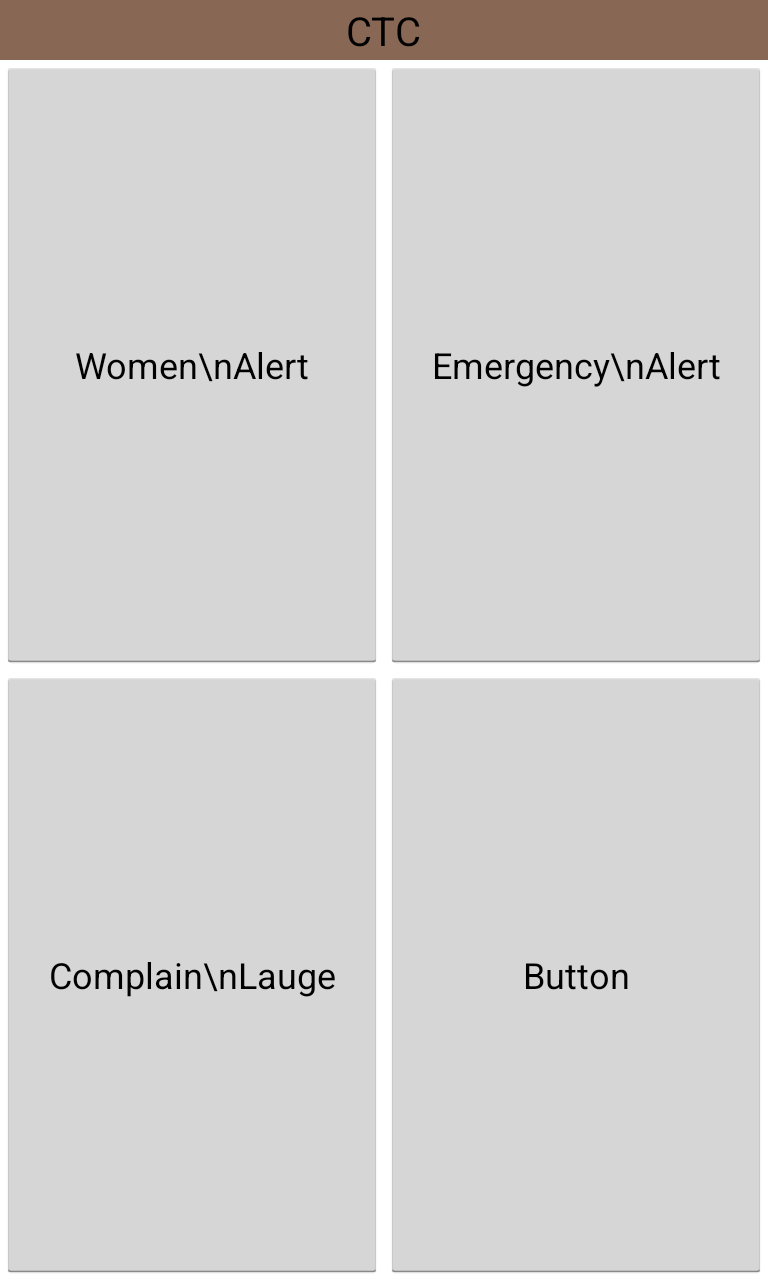
Repository: nilasissen/CTC
Layout: dev/CTC/res/layout/activity_helpdesk.xml
The author's editor kept a copy of each file at every save. The layout is drawn from the files as they stood at one save, then again after the next save.
It is drawn on a 768 x 1280 px phone screen (xhdpi) without system bars, with theme AppTheme; the app's code is not run.

Above is the layout before, as saved 2015-02-08 14:37:41.

After the next save:
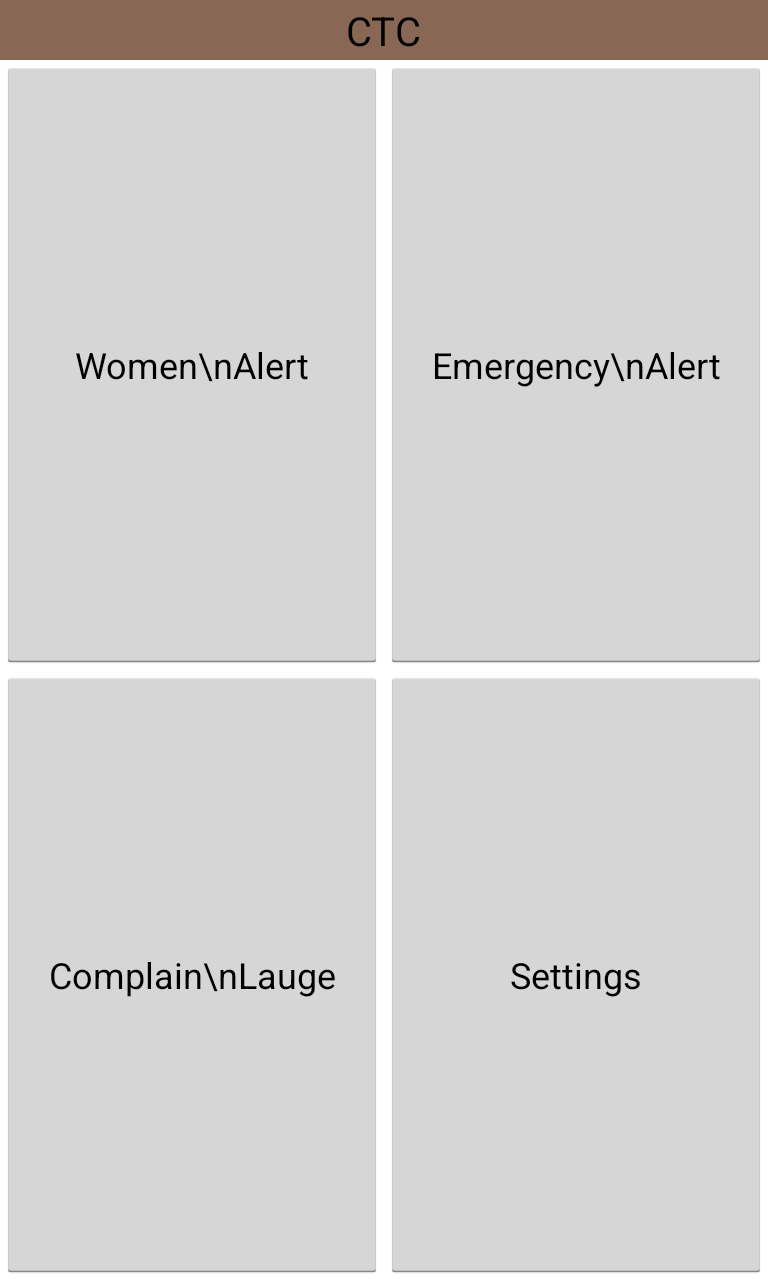
Saved 7 s later.
--- a/dev/CTC/res/layout/activity_helpdesk.xml
+++ b/dev/CTC/res/layout/activity_helpdesk.xml
@@ -76,7 +76,7 @@
                     android:layout_width="fill_parent"
                     android:layout_height="fill_parent"
                     android:layout_weight="1"
-                    android:text="Button" />
+                    android:text="Settings" />
             </LinearLayout>
         </LinearLayout>
     </RelativeLayout>
